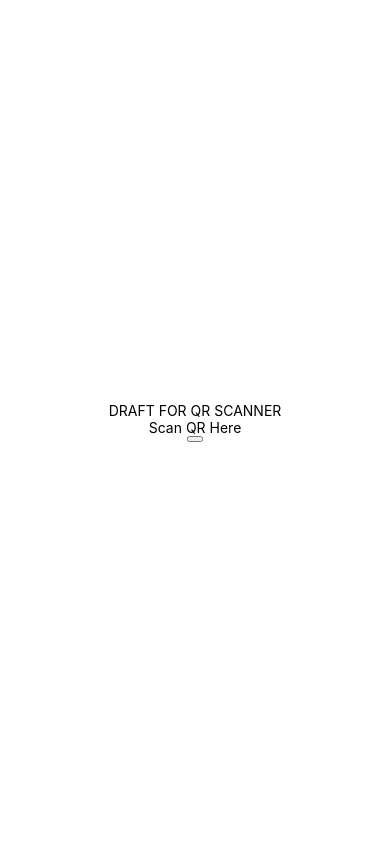
Repository: theamgri/qrscanner
Screen: / (app in proj1/)
The author's editor kept a copy of each file at every save. The screen is drawn from the files as they stood at one save, then again after a run of saves.
The app was drawn by React Native's web renderer in a window 390 px wide. The project was rebuilt for these pictures with package versions that can differ from the ones it lists, and the page was loaded fresh each time.

Above is the screen before, as saved 2022-11-13 09:50:22.

### proj1/App.js
import { StatusBar } from 'expo-status-bar';
import React, {useState, useEffect} from 'react';
import { StyleSheet, Text, View } from 'react-native';

export default function App() {
  console.log("App is working!");

  return (
    <View style={styles.container}>
      <Text>DRAFT FOR QR SCANNER</Text>
      <Text>Scan QR Here</Text>
      <button
      title="Press me"
      color="#f194ff"
      onPress={() => Alert.alert('Button with adjusted color pressed')}>

      </button>
      <StatusBar style="auto" />
    </View>
  );
}

const styles = StyleSheet.create({
  container: {
    flex: 1,
    backgroundColor: '#fff',
    alignItems: 'center',
    justifyContent: 'center',
  },
});

After the next 2 saves:
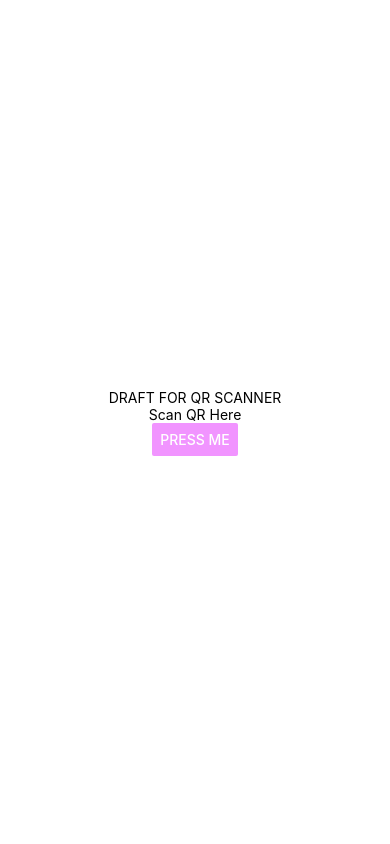
The 2 saves are shown as one change because 1 did not build or start.
The last was saved 3 min 34 s later.
--- a/proj1/App.js
+++ b/proj1/App.js
@@ -1,6 +1,6 @@
 import { StatusBar } from 'expo-status-bar';
 import React, {useState, useEffect} from 'react';
-import { StyleSheet, Text, View } from 'react-native';
+import { StyleSheet, Button, Text, View } from 'react-native';
 
 export default function App() {
   console.log("App is working!");
@@ -9,12 +9,12 @@
     <View style={styles.container}>
       <Text>DRAFT FOR QR SCANNER</Text>
       <Text>Scan QR Here</Text>
-      <button
+      <Button
       title="Press me"
       color="#f194ff"
       onPress={() => Alert.alert('Button with adjusted color pressed')}>
 
-      </button>
+      </Button>
       <StatusBar style="auto" />
     </View>
   );
